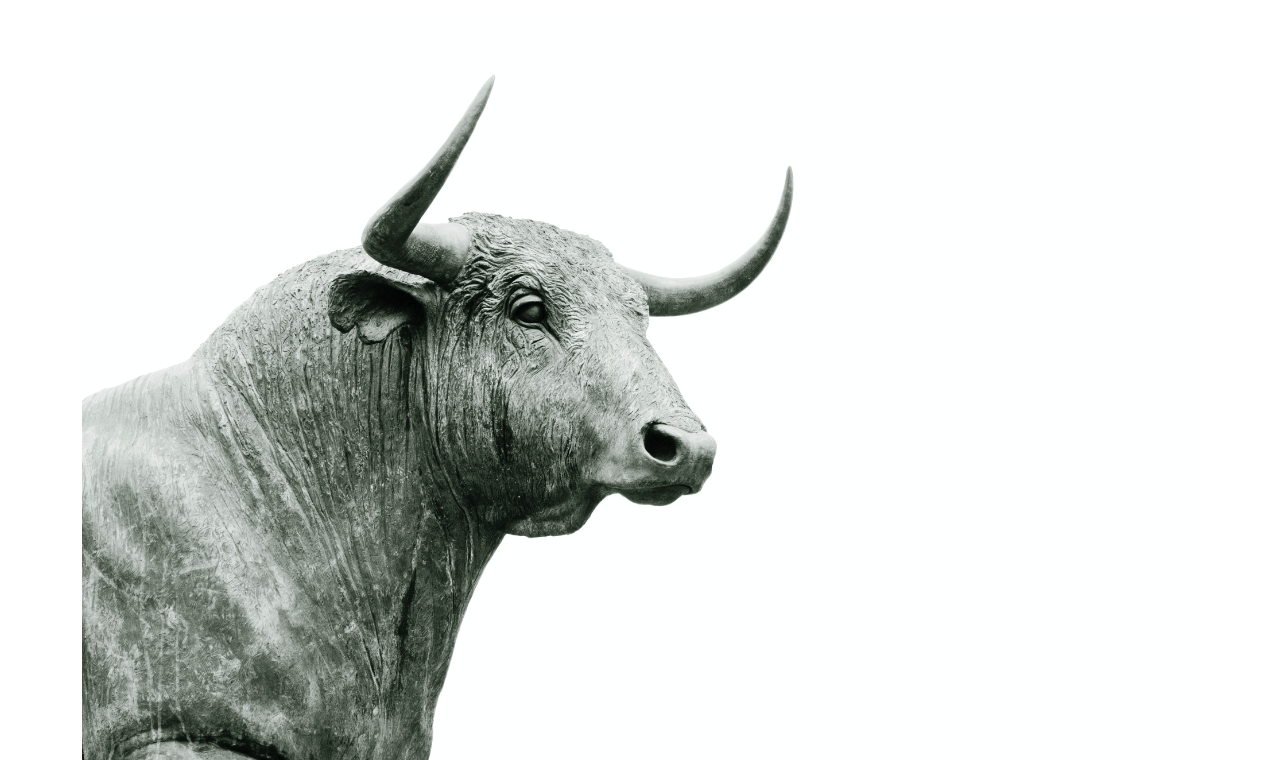
Repository: jmokate/stock-trading-app
Page: /
The author's editor kept a copy of each file at every save. The page is drawn from the files as they stood at one save, then again after the next save.
The browser window is 1280 px wide. The pictures show the whole page.
The project was rebuilt for these pictures with package versions that can differ from the ones it lists, and the page was loaded fresh each time. Also part of the build but not shown: src/App.css.

Above is the page before, as saved 2021-09-14 17:34:49.

### src/App.js
import './App.css';
import SplashPage from './SplashPage.js';

function App() {
  return (
    <div>
      <SplashPage />
    </div>
  );
}

export default App;

### src/SplashPage.js
import React from "react";
import './App.css';
import 'bootstrap/dist/css/bootstrap.min.css';
import {Container} from 'react-bootstrap';
import bull from "./images/bull.jpg";


function SplashPage() {
  return (
    <div>
      <Container>
          <figure className="position-relative"></figure>
          <img src={bull} alt="bull" className="img-fluid" />
      </Container>

    </div>
  )
}

export default SplashPage

Loaded but not shown: public/index.html (common file); src/index.js (common file); src/index.css (common file); src/reportWebVitals.js (common file)

After the next save:
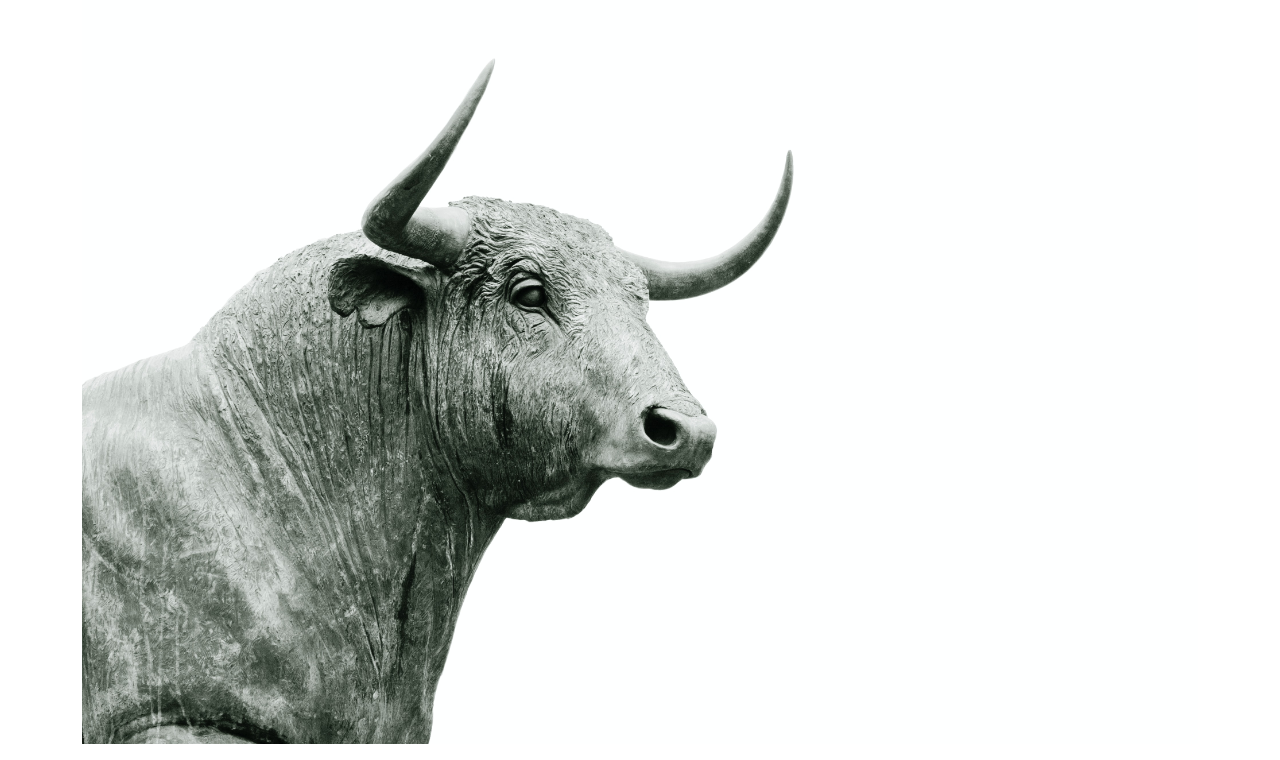
Saved 57 s later.
--- a/src/SplashPage.js
+++ b/src/SplashPage.js
@@ -9,8 +9,10 @@
   return (
     <div>
       <Container>
-          <figure className="position-relative"></figure>
-          <img src={bull} alt="bull" className="img-fluid" />
+          <figure className="position-relative">
+           <img src={bull} alt="bull" className="img-fluid" />
+          </figure>
+
       </Container>
 
     </div>
